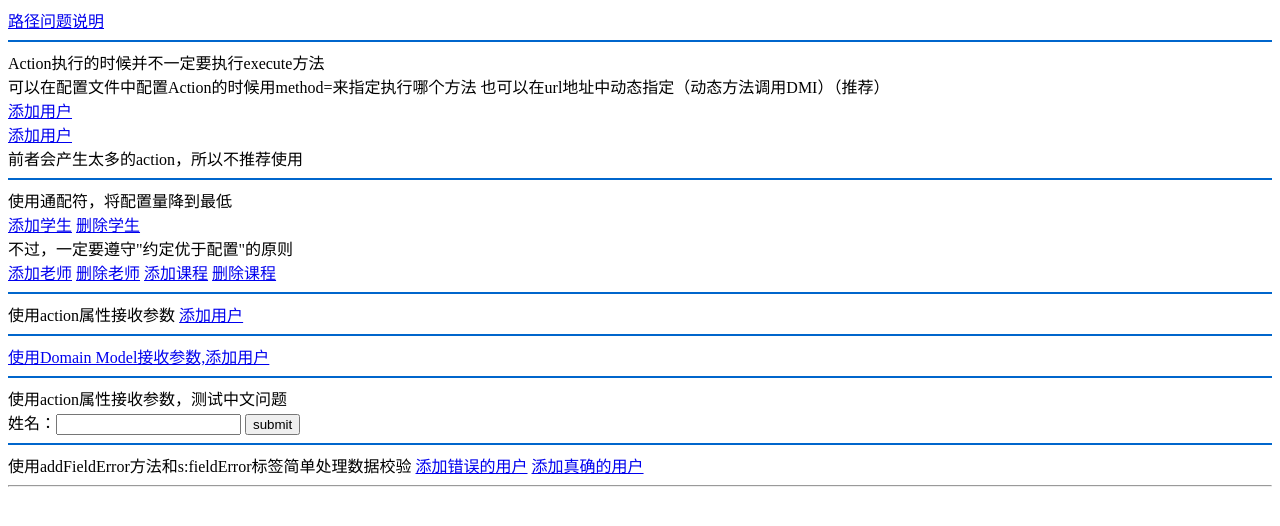
Repository: chellong/StrutsBasic
Page: http://localhost/Struts2.3Sx_1/
These files come from the project's save history. The page is drawn as it stood at one moment and after the next save; the edit follows.
The browser window is 1280 px wide. The pictures show the whole page.
The page is served by Tomcat 9. Nobody is signed in. The application's start-up code is not run. Other server files are loaded and not shown.

Above is the page before, as saved 2016-01-23 14:22:45.

### Struts2.3Sx_1/WebContent/index.jsp
<?xml version="1.0" encoding="utf-8" ?>
<%@ page language="java" contentType="text/html; charset=utf-8"
	pageEncoding="utf-8"%>

<%
	String path = request.getContextPath();
	String basePath = request.getScheme() + "://" + request.getServerName() + ":" + request.getServerPort()
			+ path + "/";
%>

<!DOCTYPE html PUBLIC "-//W3C//DTD XHTML 1.0 Transitional//EN" "http://www.w3.org/TR/xhtml1/DTD/xhtml1-transitional.dtd">

<html xmlns="http://www.w3.org/1999/xhtml">
<head>
<base href="<%=basePath%>" />
<meta http-equiv="Content-Type" content="text/html; charset=GB18030" />
<title>Insert title here</title>
</head>
<body>
	<a href="path/path.action">路径问题说明</a>
	<hr noshade color="#0066cc" />
	Action执行的时候并不一定要执行execute方法
	<br /> 可以在配置文件中配置Action的时候用method=来指定执行哪个方法
	也可以在url地址中动态指定（动态方法调用DMI）（推荐）
	<br />
	<a href="/user/userAdd">添加用户</a>
	<br />
	<a href="/user/user!add">添加用户</a>
	<br /> 前者会产生太多的action，所以不推荐使用

	<hr noshade color="#0066cc" />

	使用通配符，将配置量降到最低
	<br />
	<a href="/actions/Studentadd">添加学生</a>
	<a href="/actions/Studentdelete">删除学生</a>
	<br /> 不过，一定要遵守"约定优于配置"的原则
	<br />
	<a href="/actions/Teacher_add">添加老师</a>
	<a href="/actions/Teacher_delete">删除老师</a>
	<a href="/actions/Course_add">添加课程</a>
	<a href="/actions/Course_delete">删除课程</a>

	<hr noshade color="#0066cc" />
	使用action属性接收参数
	<a href="user/user_007?name=a&age=8">添加用户</a>

	<hr noshade color="#0066cc" />
	<a href="user/user_008?user.name=a&user.age=8">使用Domain
		Model接收参数,添加用户</a>

	<!-- 	中文问题 -->
	<hr noshade color="#0066cc" />
	使用action属性接收参数，测试中文问题
	<form action="user/user_008" method="post">
		姓名：<input type="text" name="name"></input> <input type="submit"
			value="submit" />
	</form>
	<!-- 	数据验证 -->
	<hr noshade color="#0066cc" />
	使用addFieldError方法和s:fieldError标签简单处理数据校验
	<a href="user/user_009?name=a">添加错误的用户</a>
	<a href="user/user_009?name=admin">添加真确的用户</a>

	<hr style="border:1 dashed #987cb9" />
</body>
</html>

After the next save:
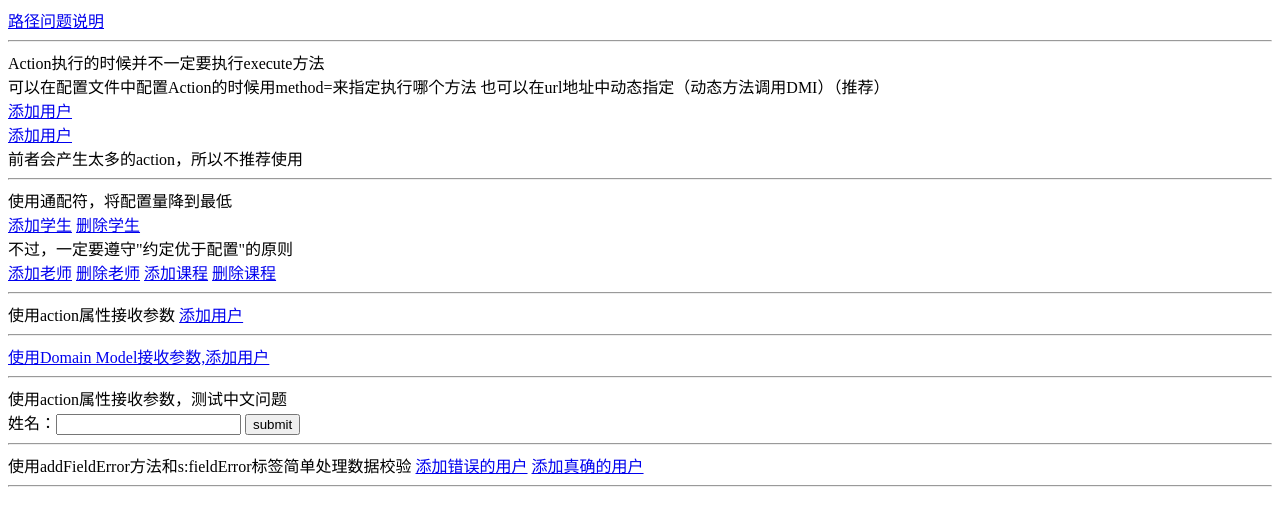
Saved 35 s later.
--- a/Struts2.3Sx_1/WebContent/index.jsp
+++ b/Struts2.3Sx_1/WebContent/index.jsp
@@ -18,7 +18,7 @@
 </head>
 <body>
 	<a href="path/path.action">路径问题说明</a>
-	<hr noshade color="#0066cc" />
+	<hr style="border:1 dashed #987cb9" />
 	Action执行的时候并不一定要执行execute方法
 	<br /> 可以在配置文件中配置Action的时候用method=来指定执行哪个方法
 	也可以在url地址中动态指定（动态方法调用DMI）（推荐）
@@ -28,7 +28,7 @@
 	<a href="/user/user!add">添加用户</a>
 	<br /> 前者会产生太多的action，所以不推荐使用
 
-	<hr noshade color="#0066cc" />
+	<hr style="border:1 dashed #987cb9" />
 
 	使用通配符，将配置量降到最低
 	<br />
@@ -41,23 +41,23 @@
 	<a href="/actions/Course_add">添加课程</a>
 	<a href="/actions/Course_delete">删除课程</a>
 
-	<hr noshade color="#0066cc" />
+	<hr style="border:1 dashed #987cb9" />
 	使用action属性接收参数
 	<a href="user/user_007?name=a&age=8">添加用户</a>
 
-	<hr noshade color="#0066cc" />
+	<hr style="border:1 dashed #987cb9" />
 	<a href="user/user_008?user.name=a&user.age=8">使用Domain
 		Model接收参数,添加用户</a>
 
 	<!-- 	中文问题 -->
-	<hr noshade color="#0066cc" />
+	<hr style="border:1 dashed #987cb9" />
 	使用action属性接收参数，测试中文问题
 	<form action="user/user_008" method="post">
 		姓名：<input type="text" name="name"></input> <input type="submit"
 			value="submit" />
 	</form>
 	<!-- 	数据验证 -->
-	<hr noshade color="#0066cc" />
+	<hr style="border:1 dashed #987cb9" />
 	使用addFieldError方法和s:fieldError标签简单处理数据校验
 	<a href="user/user_009?name=a">添加错误的用户</a>
 	<a href="user/user_009?name=admin">添加真确的用户</a>
